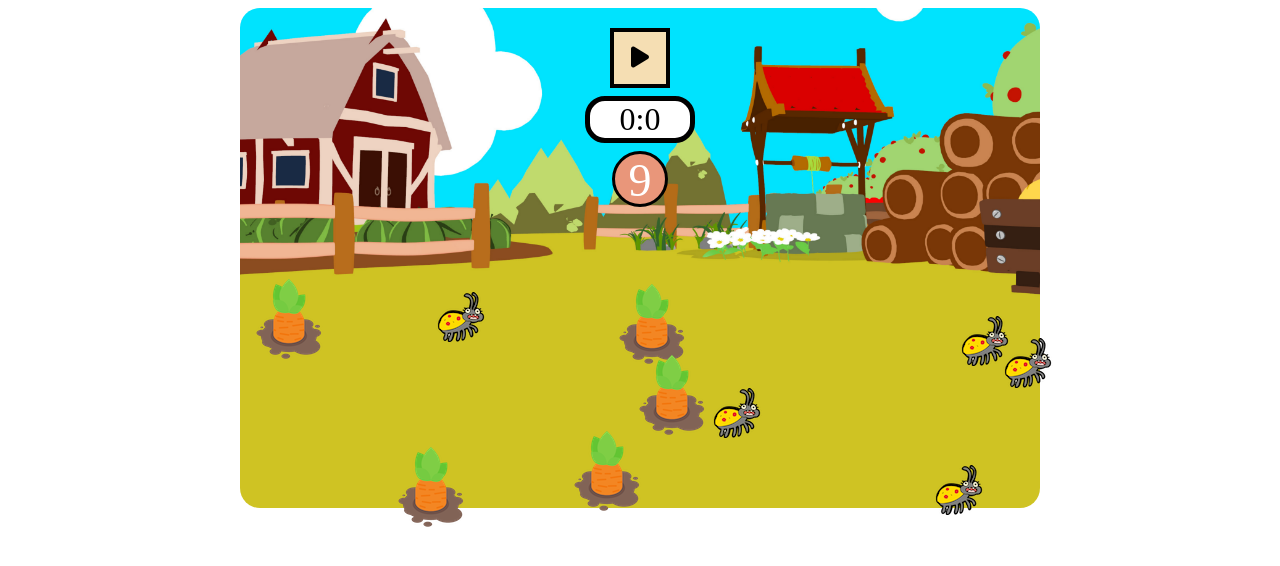
Repository: yoon-dh/JS_Prac
Page: carrot_game/index.html
The author's editor kept a copy of each file at every save. The page is drawn from the files as they stood at one save, then again after the next save.
The browser window is 1280 px wide. The pictures show the whole page.
Some web libraries are served in a nearby version.

Above is the page before, as saved 2023-06-23 23:56:44.

### carrot_game/index.html
<!DOCTYPE html>
<html lang="en">
  <head>
    <meta charset="UTF-8" />
    <meta http-equiv="X-UA-Compatible" content="IE=edge" />
    <meta name="viewport" content="width=device-width, initial-scale=1.0" />
    <link rel="stylesheet" href="style.css" />
    <script src="main.js" defer></script>
    <script
      src="https://kit.fontawesome.com/c0bdee06fd.js"
      crossorigin="anonymous"
    ></script>
    <link
      href="https://cdnjs.cloudflare.com/ajax/libs/font-awesome/6.4.0/css/all.min.css"
      rel="stylesheet"
    />
    <title>Carrot Game</title>
  </head>
  <body>
    <section class="game">
      <header class="game__header">
        <button class="game__button">
          <i class="fa-solid fa-play"></i>
        </button>
        <span class="game__tiemr">0:0</span>
        <span class="game__score">9</span>
      </header>
      <section class="game__field"></section>
    </section>
    <section class="pop-up pop-up--hide">
      <button class="pop-up__refresh">
        <i class="fas fa-regular fa-rotate-right"></i>
      </button>
      <span class="pop-up__message">Hello</span>
    </section>
  </body>
</html>

### carrot_game/style.css
button {
  border: none;
  outline: none;
  cursor: pointer;
}

body {
  text-align: center;
}

.game {
  width: 800px;
  height: 500px;
  background: url(img/background.png) center/cover;
  display: flex;
  flex-direction: column;
  margin: auto;
  border-radius: 20px;
}

.game__header {
  display: flex;
  flex-direction: column;
  padding: 20px;
  align-items: center;
}

.game__button {
  width: 60px;
  height: 60px;
  background-color: wheat;
  border: 4px solid black;
  font-size: 24px;
  transition: transform 300ms ease-in;
}

.game__button:hover {
  transform: scale(1.1);
}

.game__tiemr {
  width: 100px;
  background-color: white;
  text-align: center;
  border: 5px solid black;
  font-size: 32px;
  margin-top: 8px;
  border-radius: 20px;
}

.game__score {
  width: 50px;
  height: 50px;
  margin-top: 8px;
  font-size: 46px;
  background-color: darksalmon;
  color: white;
  border-radius: 50%;
  border: 3px solid black;
  text-align: center;
}

.game__field {
  position: relative;
  width: 100%;
  height: 100%;
  margin-top: 40px;
}

/* pop-up */

.pop-up {
  width: 400px;
  height: 140px;
  padding: 20px;
  margin: auto;
  background-color: #00000090;
  color: white;
  text-align: center;
  transform: translateY(-150%);
  border-radius: 20px;
}

.pop-up--hide {
  display: none;
}

.pop-up__refresh {
  width: 60px;
  height: 60px;
  font-size: 24px;
  background-color: wheat;
  border: 2px solid black;
  border-radius: 50%;
}

.pop-up__message {
  display: block;
  font-size: 38px;
}

### carrot_game/main.js
"use strict";

// carrot & bug random position

const CARROT_SIZE = 80;

const field = document.querySelector(".game__field");
const fieldRect = field.getBoundingClientRect();

function initGame() {
  addItem("carrot", 5, "img/carrot.png");
  addItem("bug", 5, "img/bug.png");
}

function addItem(className, count, imgPath) {
  const x1 = 0;
  const y1 = 0;
  const x2 = fieldRect.width;
  const y2 = fieldRect.height;

  for (let i = 0; i < count; i++) {
    const item = document.createElement("img");
    item.setAttribute("class", className);
    item.setAttribute("src", imgPath);
    item.style.position = "absolute";
    const x = randomNumber(x1, x2);
    const y = randomNumber(y1, y2);
    item.style.left = `${x}px`;
    item.style.top = `${y}px`;
    field.appendChild(item);
  }
}

function randomNumber(min, max) {
  return Math.random() * (max - min) + min;
}

initGame();
// const gameField = document.querySelector(".game__field");
// const gameBtn = document.querySelector(".game__button");

// function addCarrot() {
//   const carrot = document.createElement("img");
//   carrot.setAttribute("src", "img/carrot.png");
//   carrot.setAttribute("alt", "carrot");
//   carrot.style.position = "absolute";
//   carrot.style.left = `${Math.random() * (gameField.offsetWidth - 80)}px`;
//   carrot.style.top = `${Math.random() * (gameField.offsetHeight - 80) + 250}px`;
//   gameField.appendChild(carrot);
// }

// function addBug() {
//   const bug = document.createElement("img");
//   bug.setAttribute("src", "img/bug.png");
//   bug.setAttribute("alt", "bug");
//   bug.style.position = "absolute";
//   bug.style.left = `${Math.random() * (gameField.offsetWidth - 50)}px`;
//   bug.style.top = `${Math.random() * (gameField.offsetHeight - 50) + 250}px`;
//   gameField.appendChild(bug);
// }

// gameBtn.addEventListener("click", () => {
//   for (let i = 0; i < 10; i++) {
//     addCarrot();
//     addBug();
//   }
// });

After the next save:
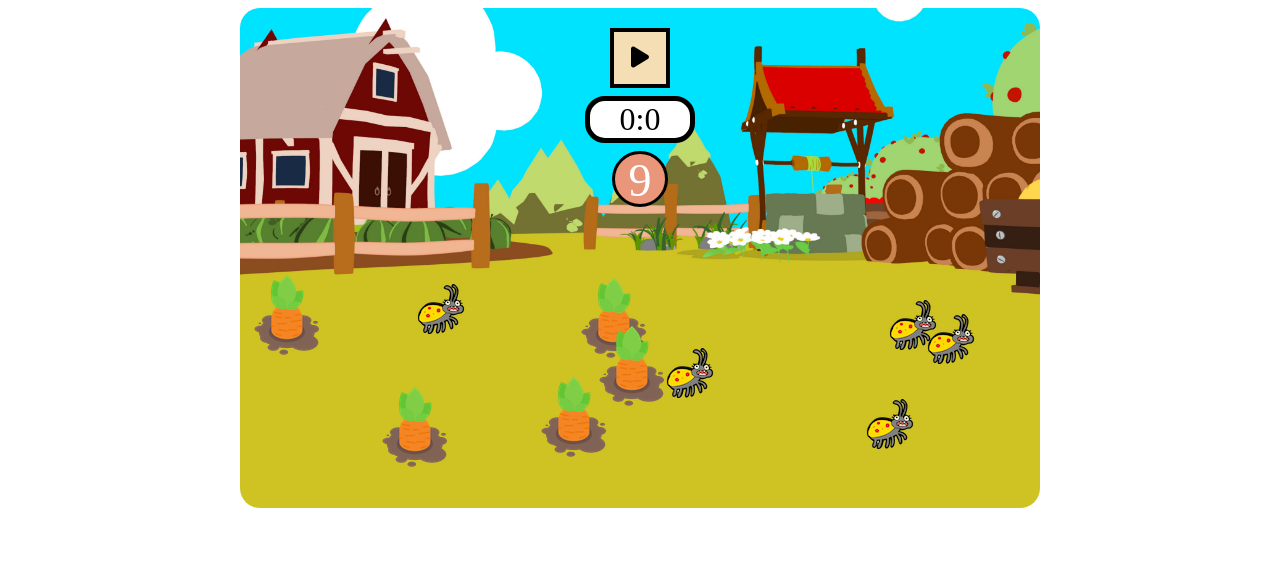
Saved 14 s later.
--- a/carrot_game/main.js
+++ b/carrot_game/main.js
@@ -15,8 +15,8 @@ function initGame() {
 function addItem(className, count, imgPath) {
   const x1 = 0;
   const y1 = 0;
-  const x2 = fieldRect.width;
-  const y2 = fieldRect.height;
+  const x2 = fieldRect.width - CARROT_SIZE;
+  const y2 = fieldRect.height - CARROT_SIZE;
 
   for (let i = 0; i < count; i++) {
     const item = document.createElement("img");
